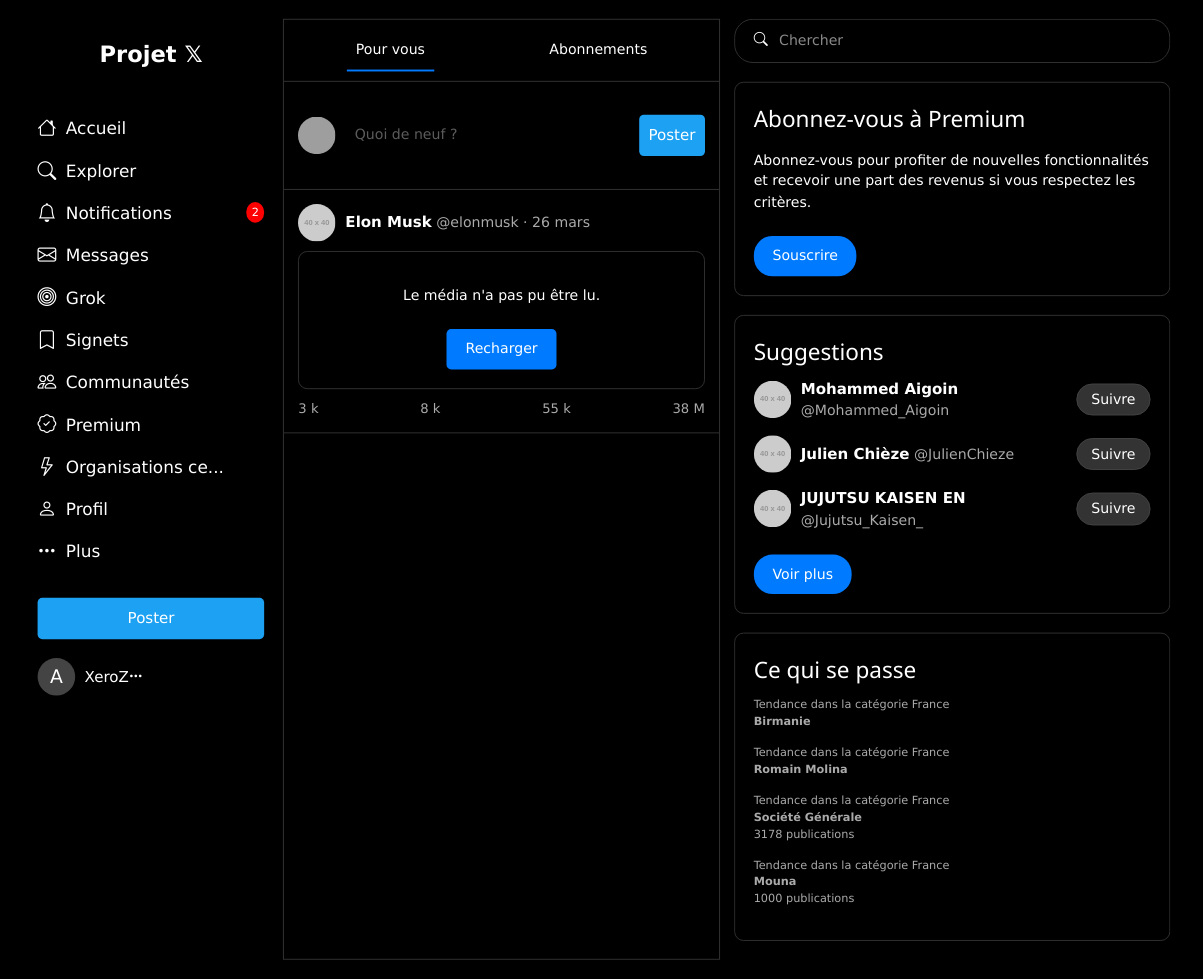
Repository: barriefl/ProjetX_BARRIER_MAULINE_MARQUES-FELIX_SERVONNET
Page: front/index.html
The author's editor kept a copy of each file at every save. The page is drawn from the files as they stood at one save, then again after the next save.
The browser window is 1280 px wide. The pictures show the whole page, at 94% of full size.
Pictures or frames that could not be fetched are drawn as grey boxes.

Above is the page before, as saved 2025-03-28 09:35:06.

### front/index.html
<!DOCTYPE html>
<html lang="fr">
  <head>
    <meta charset="UTF-8" />
    <meta name="viewport" content="width=device-width, initial-scale=1.0" />
    <title>ProjetX</title>
    <link rel="stylesheet" href="style.css" />
    <link rel="stylesheet" href="https://www.w3schools.com/w3css/5/w3.css" />
    <link
      rel="stylesheet"
      href="https://cdn.jsdelivr.net/npm/bootstrap-icons@1.5.0/font/bootstrap-icons.css"
    />
  </head>
  <body>
    <div class="sidebar">
      <div class="logo">
        <a href="">Projet &Xopf;</a>
      </div>
      <ul class="menu">
        <li>
          <a href=""
            ><span class="icon"><i class="bi bi-house"></i></span> Accueil</a
          >
        </li>
        <li>
          <a href=""
            ><span class="icon"><i class="bi bi-search"></i></span>Explorer</a
          >
        </li>
        <li>
          <a href="#"
            ><span class="icon"><i class="bi bi-bell"></i></span> Notifications
            <span class="notification-badge">2</span></a
          >
        </li>
        <li>
          <a href="#"
            ><span class="icon"><i class="bi bi-envelope"></i></span>
            Messages</a
          >
        </li>
        <li>
          <a href="#"
            ><span class="icon"><i class="bi bi-bullseye"></i></span> Grok</a
          >
        </li>
        <li>
          <a href="#"
            ><span class="icon"><i class="bi bi-bookmark"></i></span> Signets</a
          >
        </li>
        <li>
          <a href="#"
            ><span class="icon"><i class="bi bi-people"></i></span>
            Communautés</a
          >
        </li>
        <li>
          <a href="#"
            ><span class="icon"><i class="bi bi-patch-check"></i></span>
            Premium</a
          >
        </li>
        <li>
          <a href="#"
            ><span class="icon"><i class="bi bi-lightning"></i></span>
            Organisations ce...</a
          >
        </li>
        <li>
          <a href="#"
            ><span class="icon"><i class="bi bi-person"></i></span> Profil</a
          >
        </li>
        <li>
          <a href="#"
            ><span class="icon"><i class="bi bi-three-dots"></i></span> Plus</a
          >
        </li>
      </ul>
      <div class="post-button">
        <button>Poster</button>
      </div>
      <div class="user-info">
        <span class="avatar">A</span>
        <span class="username">XeroZ</span>
        <span class="more-info"><i class="bi bi-three-dots"></i></span>
      </div>
    </div>
    <div class="container container-border">
      <!-- Tabs -->
      <div class="tab-menu">
        <a href="#" class="active">Pour vous</a>
        <a href="#">Abonnements</a>
      </div>

      <!-- Header -->
      <div class="header">
        <img src="empty.png" alt="empty.png" />
        <input type="text" placeholder="Quoi de neuf ?" />
        <div class="post-button">
          <button>Poster</button>
        </div>
      </div>

      <!-- Post -->
      <div class="post">
        <div class="user-info">
          <img src="https://via.placeholder.com/40" alt="User Avatar" />
          <div>
            <span class="username">Elon Musk</span>
            <span style="color: #aaa">@elonmusk · 26 mars</span>
          </div>
        </div>
        <div class="content">
          <p>Le média n'a pas pu être lu.</p>
          <button>Recharger</button>
        </div>
        <div class="actions">
          <span>3 k</span>
          <span>8 k</span>
          <span>55 k</span>
          <span>38 M</span>
        </div>
      </div>
    </div>
    <div class="container">
      <!-- Barre de recherche -->
      <div class="search-bar">
        <i class="bi bi-search"></i>
        <input type="text" placeholder="Chercher" />
      </div>

      <!-- Section Premium -->
      <div class="card">
        <h3>Abonnez-vous à Premium</h3>
        <p>
          Abonnez-vous pour profiter de nouvelles fonctionnalités et recevoir
          une part des revenus si vous respectez les critères.
        </p>
        <a href="#" class="button">Souscrire</a>
      </div>

      <!-- Suggestions -->
      <div class="card">
        <h3>Suggestions</h3>
        <div class="suggestion">
          <img src="https://via.placeholder.com/40" alt="Avatar" />
          <div class="info">
            <span class="username">Mohammed Aigoin</span>
            <span class="handle">@Mohammed_Aigoin</span>
          </div>
          <button>Suivre</button>
        </div>
        <div class="suggestion">
          <img src="https://via.placeholder.com/40" alt="Avatar" />
          <div class="info">
            <span class="username">Julien Chièze</span>
            <span class="handle">@JulienChieze</span>
          </div>
          <button>Suivre</button>
        </div>
        <div class="suggestion">
          <img src="https://via.placeholder.com/40" alt="Avatar" />
          <div class="info">
            <span class="username">JUJUTSU KAISEN EN</span>
            <span class="handle">@Jujutsu_Kaisen_</span>
          </div>
          <button>Suivre</button>
        </div>
        <a
          href="#"
          class="button"
          style="margin-top: 10px; display: inline-block"
          >Voir plus</a
        >
      </div>

      <!-- Tendances -->
      <div class="card">
        <h3>Ce qui se passe</h3>
        <ul class="trends">
          <li>
            <span>Tendance dans la catégorie France</span>
            <span class="title">Birmanie</span>
          </li>
          <li>
            <span>Tendance dans la catégorie France</span>
            <span class="title">Romain Molina</span>
          </li>
          <li>
            <span>Tendance dans la catégorie France</span>
            <span class="title">Société Générale</span>
            <span>3178 publications</span>
          </li>
          <li>
            <span>Tendance dans la catégorie France</span>
            <span class="title">Mouna</span>
            <span>1000 publications</span>
          </li>
        </ul>
      </div>
    </div>
  </body>
</html>

### front/style.css
body {
    margin: 0;
    font-family: Arial, sans-serif;
    background-color: #000;
    color: white;
    padding: 0;
    display: flex;
    justify-content: center;
    padding: 20px;
}

.sidebar {
    width: 300px;
    height: 100vh;
    display: flex;
    flex-direction: column;
    padding: 20px;
}

.logo {
    text-align: center;
    font-size: 24px;
    font-weight: bold;
    margin-bottom: 30px;
}

.logo a {
    text-decoration: none;
    color: white;
}

.menu {
    list-style: none;
    padding: 0;
    margin: 0;
    flex-grow: 1;
}

.menu li {
    margin: 15px 0;
}

.menu a {
    text-decoration: none;
    color: white;
    display: flex;
    align-items: center;
    font-size: 18px;
}

.menu .icon {
    margin-right: 10px;
    font-size: 20px;
}

.notification-badge {
    background-color: red;
    color: white;
    font-size: 12px;
    border-radius: 50%;
    padding: 2px 6px;
    margin-left: auto;
}

.post-button {
    margin: 20px 0;
}

.post-button button {
    width: 100%;
    padding: 10px;
    font-size: 16px;
    background-color: #1da1f2;
    color: white;
    border: none;
    border-radius: 5px;
    cursor: pointer;
}

.post-button button:hover {
    background-color: #0d8ce0;
}

.user-info {
    display: flex;
    align-items: center;
    margin-top: auto;
}

.avatar {
    background-color: #444;
    width: 40px;
    height: 40px;
    display: flex;
    align-items: center;
    justify-content: center;
    border-radius: 50%;
    font-size: 20px;
    margin-right: 10px;
}

.username {
    font-size: 16px;
}

.container {
    width: 500px;
    overflow: hidden;
    margin-right: 15px;
}

.container-border {
    border: 1px solid #333;
}

.header {
    display: flex;
    align-items: center;
    padding: 15px;
    border-bottom: 1px solid #333;
}

.header img {
    width: 40px;
    height: 40px;
    border-radius: 50%;
    margin-right: 10px;
}

.header input {
    flex: 1;
    background: transparent;
    border: none;
    outline: none;
    padding: 10px;
    color: #fff;
}

.header input::placeholder {
    color: #aaa;
}

.post {
    padding: 15px;
    border-bottom: 1px solid #333;
}

.post .user-info {
    display: flex;
    align-items: center;
    margin-bottom: 10px;
}

.post .user-info img {
    width: 40px;
    height: 40px;
    border-radius: 50%;
    margin-right: 10px;
}

.post .user-info .username {
    font-weight: bold;
}

.post .content {
    border: solid 1px #333;
    border-radius: 10px;
    padding: 20px;
    text-align: center;
}

.post .content button {
    background-color: #007bff;
    color: #fff;
    border: none;
    border-radius: 5px;
    padding: 10px 20px;
    margin-top: 10px;
    cursor: pointer;
}

.post .actions {
    display: flex;
    justify-content: space-between;
    margin-top: 10px;
    font-size: 14px;
    color: #aaa;
}

.tab-menu {
    display: flex;
    justify-content: space-around;
    padding: 10px;
    border-bottom: 1px solid #333;
}

.tab-menu a {
    color: #fff;
    text-decoration: none;
    padding: 10px;
}

.tab-menu a.active {
    border-bottom: 2px solid #007bff;
}

 .search-bar {
     display: flex;
     padding: 10px 20px;
     margin-bottom: 20px;
     border-radius: 20px;
     border: 1px solid #333;
 }

 .search-bar input {
     flex: 1;
     background: transparent;
     border: none;
     outline: none;
     color: #ffffff;
 }

 .search-bar i {
     margin-right: 10px;
 }

 .card {
    border: 1px solid #333;
     border-radius: 10px;
     padding: 20px;
     margin-bottom: 20px;
 }

 .card h3 {
     margin-top: 0;
 }

 .card .button {
     display: inline-block;
     background-color: #007bff;
     color: #ffffff;
     text-decoration: none;
     padding: 10px 20px;
     border-radius: 20px;
     margin-top: 10px;
     text-align: center;
 }

 .suggestion {
     display: flex;
     align-items: center;
     margin-bottom: 15px;
 }

 .suggestion img {
     width: 40px;
     height: 40px;
     border-radius: 50%;
     margin-right: 10px;
 }

 .suggestion .info {
     flex: 1;
 }

 .suggestion .info .username {
     font-weight: bold;
 }

 .suggestion .info .handle {
     color: #aaa;
 }

 .suggestion button {
     background-color: #333;
     border: 1px solid #444;
     color: #fff;
     border-radius: 20px;
     padding: 5px 15px;
     cursor: pointer;
 }

 .trends {
     list-style: none;
     padding: 0;
     margin: 0;
 }

 .trends li {
     margin-bottom: 15px;
 }

 .trends li span {
     display: block;
     color: #aaa;
     font-size: 12px;
 }

 .trends li .title {
     font-weight: bold;
 }

After the next save:
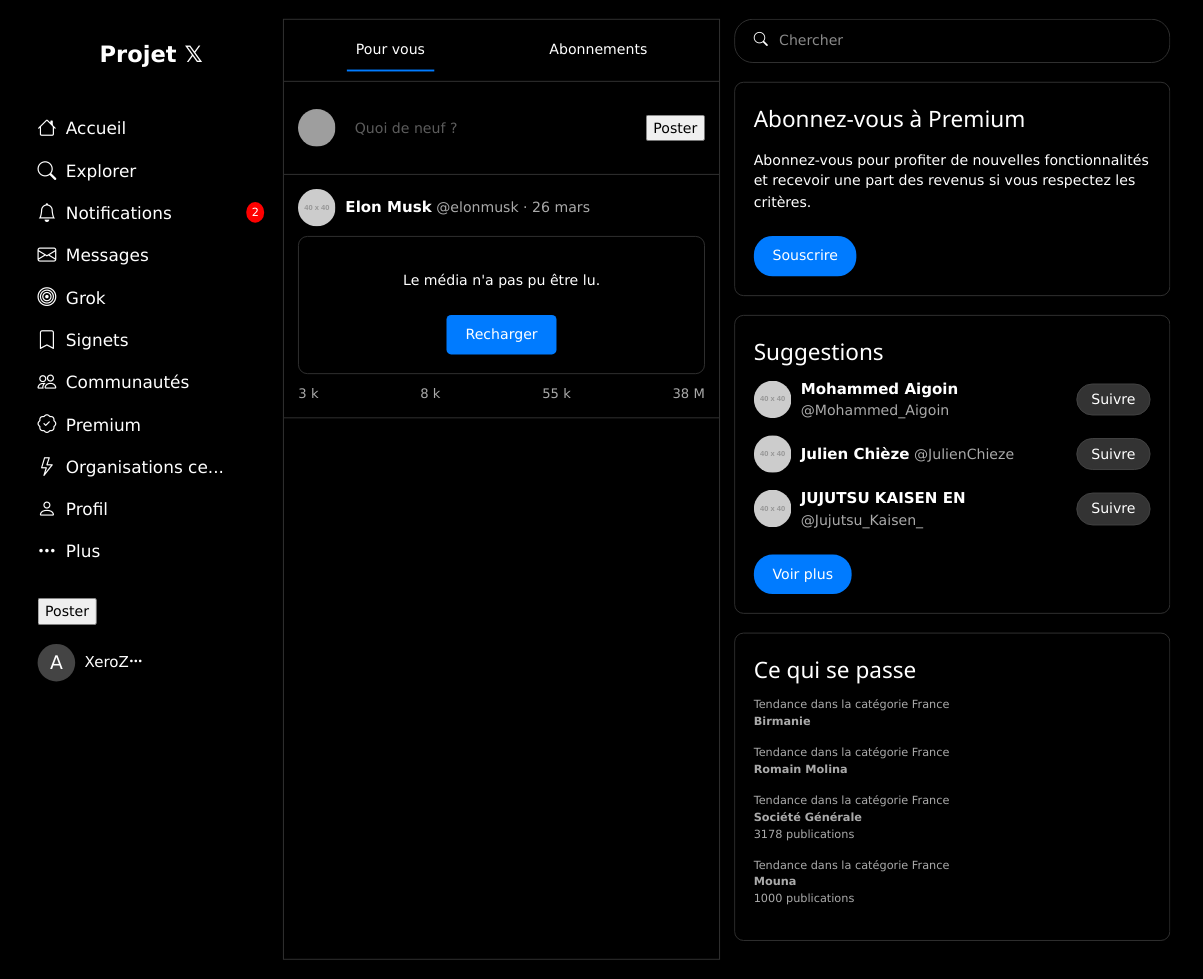
Saved 41 s later.
--- a/front/style.css
+++ b/front/style.css
@@ -66,7 +66,7 @@
     margin: 20px 0;
 }
 
-.post-button button {
+.button button {
     width: 100%;
     padding: 10px;
     font-size: 16px;
